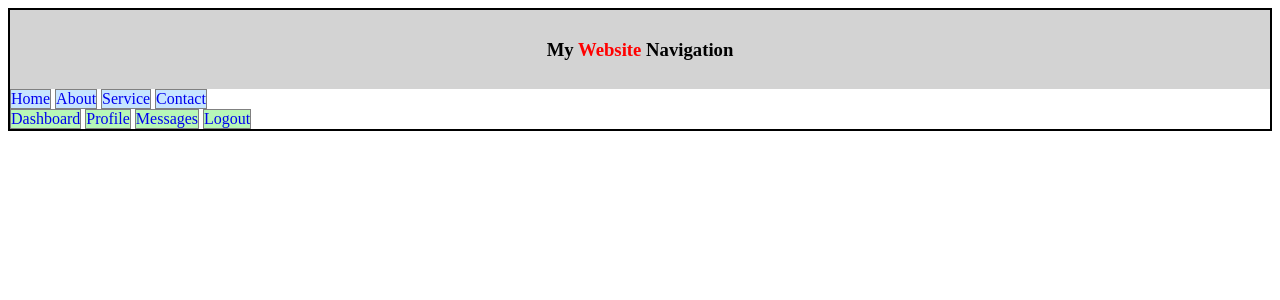
Repository: Glory998/ELCE1-32
Page: experiment7.html
The author's editor kept a copy of each file at every save. The page is drawn from the files as they stood at one save, then again after the next save.
The browser window is 1280 px wide. The pictures show the whole page.

Above is the page before, as saved 2025-11-24 23:12:57.

### experiment7.html
<doctype html>
    <html lang="hi">
        <head>
            <meta charset="utf-8" />
            <meta charset="viewport" content="width=device-width,initial-scale=1" />
            <title>My Website Navigation</title>
            <style>
                .box{
                    border: 2px solid black;
                    padding: 0
                }
                .top{
                    background: #d3d3d3;
                    text-align: center;
                    padding: 10px;
                }
                .top span{ color:red;}
                .nav a{
                    display: inline-block;
                    padding: 6px 10px
                    margin: 4px;
                    border: 1px solid gray;
                    text-decoration: none;
                }
                .blue{ background:#c7e5ff; }
                .green{ background: #b7f7b7; }
                </style>
                </head>
                <body>
                    <div class="box">
                        <div class="top">
                            <h3>My <span>Website</span> Navigation</h3>
                            </div>
                            <div class="nav">
                                <a class="blue" href="#">Home</a>
                                    <a class="blue" href="#">About</a>
                                    <a class="blue" href="#">Service</a>
                                    <a class="blue" href="#">Contact</a>
                                    <br>
                                    <a class="green"
                                    href="#">Dashboard</a>
                                    <a class="green" href="#">Profile</a>
                                    <a class="green" href="#">Messages</a>
                                    <a class="green" href="#">Logout</a>
                                    </div>
                                </body>
                                </html>

After the next save:
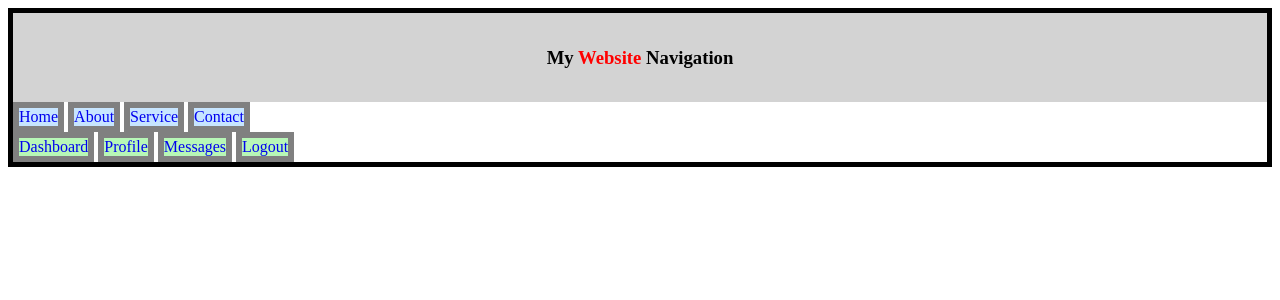
Saved 2 min 25 s later.
--- a/experiment7.html
+++ b/experiment7.html
@@ -6,20 +6,20 @@
             <title>My Website Navigation</title>
             <style>
                 .box{
-                    border: 2px solid black;
+                    border: 5px solid black;
                     padding: 0
                 }
                 .top{
                     background: #d3d3d3;
                     text-align: center;
-                    padding: 10px;
+                    padding: 15px;
                 }
                 .top span{ color:red;}
                 .nav a{
                     display: inline-block;
-                    padding: 6px 10px
-                    margin: 4px;
-                    border: 1px solid gray;
+                    padding: 8px 12px
+                    margin: 8px;
+                    border: 6px solid gray;
                     text-decoration: none;
                 }
                 .blue{ background:#c7e5ff; }

After the save that followed:
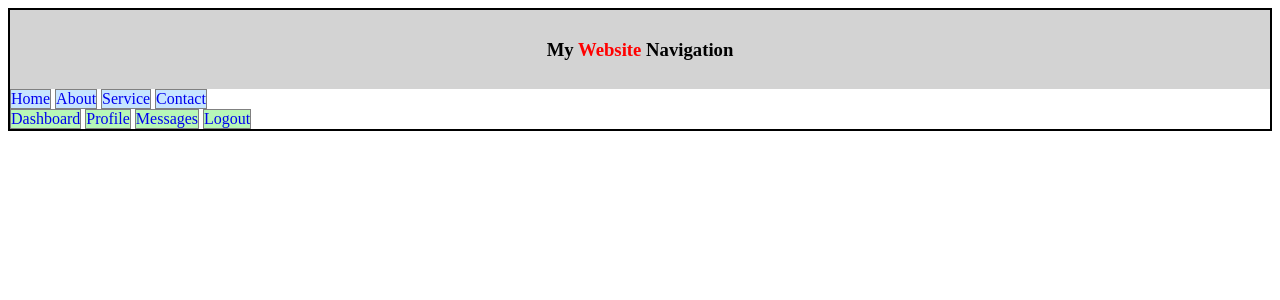
Saved 51 s later.
--- a/experiment7.html
+++ b/experiment7.html
@@ -6,20 +6,20 @@
             <title>My Website Navigation</title>
             <style>
                 .box{
-                    border: 5px solid black;
+                    border: 2px solid black;
                     padding: 0
                 }
                 .top{
                     background: #d3d3d3;
                     text-align: center;
-                    padding: 15px;
+                    padding: 10px;
                 }
                 .top span{ color:red;}
                 .nav a{
                     display: inline-block;
-                    padding: 8px 12px
-                    margin: 8px;
-                    border: 6px solid gray;
+                    padding: 6px 12px
+                    margin: 6px;
+                    border: 1px solid gray;
                     text-decoration: none;
                 }
                 .blue{ background:#c7e5ff; }
